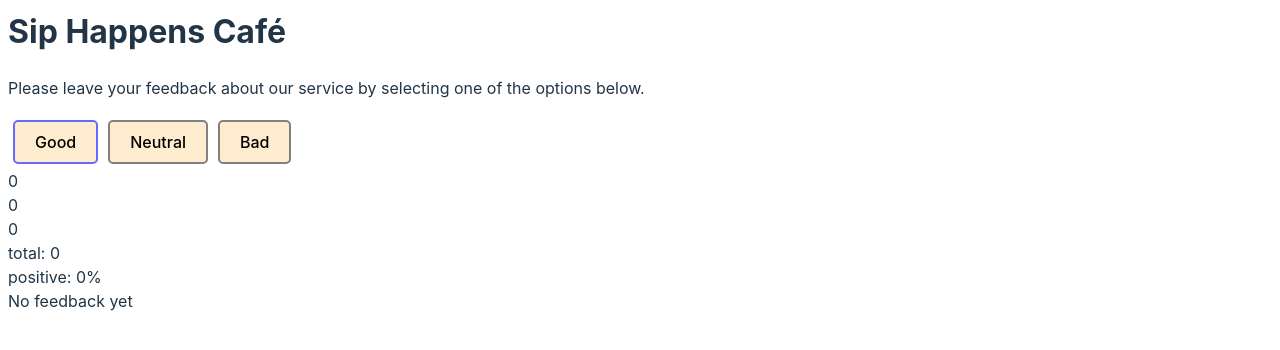
Repository: Evgeniya-Tishakova/goit-react-hw-02
Page: /
These files come from the project's save history. The page is drawn as it stood at one moment and after the next save; the edit follows.
The browser window is 1280 px wide. The pictures show the whole page.
The pointer rests on the first visible `button`.
The project was rebuilt for these pictures with package versions that can differ from the ones it lists, and the page was loaded fresh each time. Also part of the build but not shown: vite.config.js, src/components/Feedback/Feedback.module.css.

Above is the page before, as saved 2025-02-28 16:25:49.

After the next save:
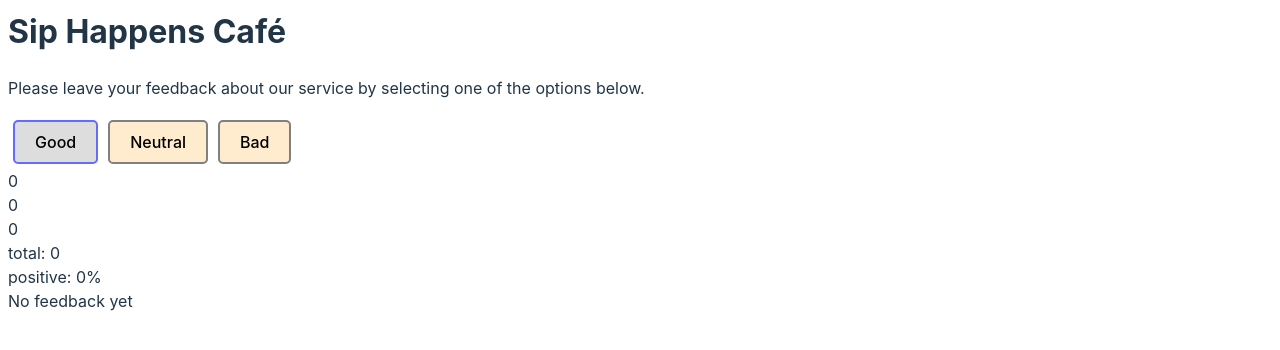
Saved 28 s later.
--- a/src/components/Options/Options.module.css
+++ b/src/components/Options/Options.module.css
@@ -5,3 +5,7 @@
     margin: 5px;
     border-radius: 5px;
 }
+
+button:hover {
+    background-color: #ddd;
+}
